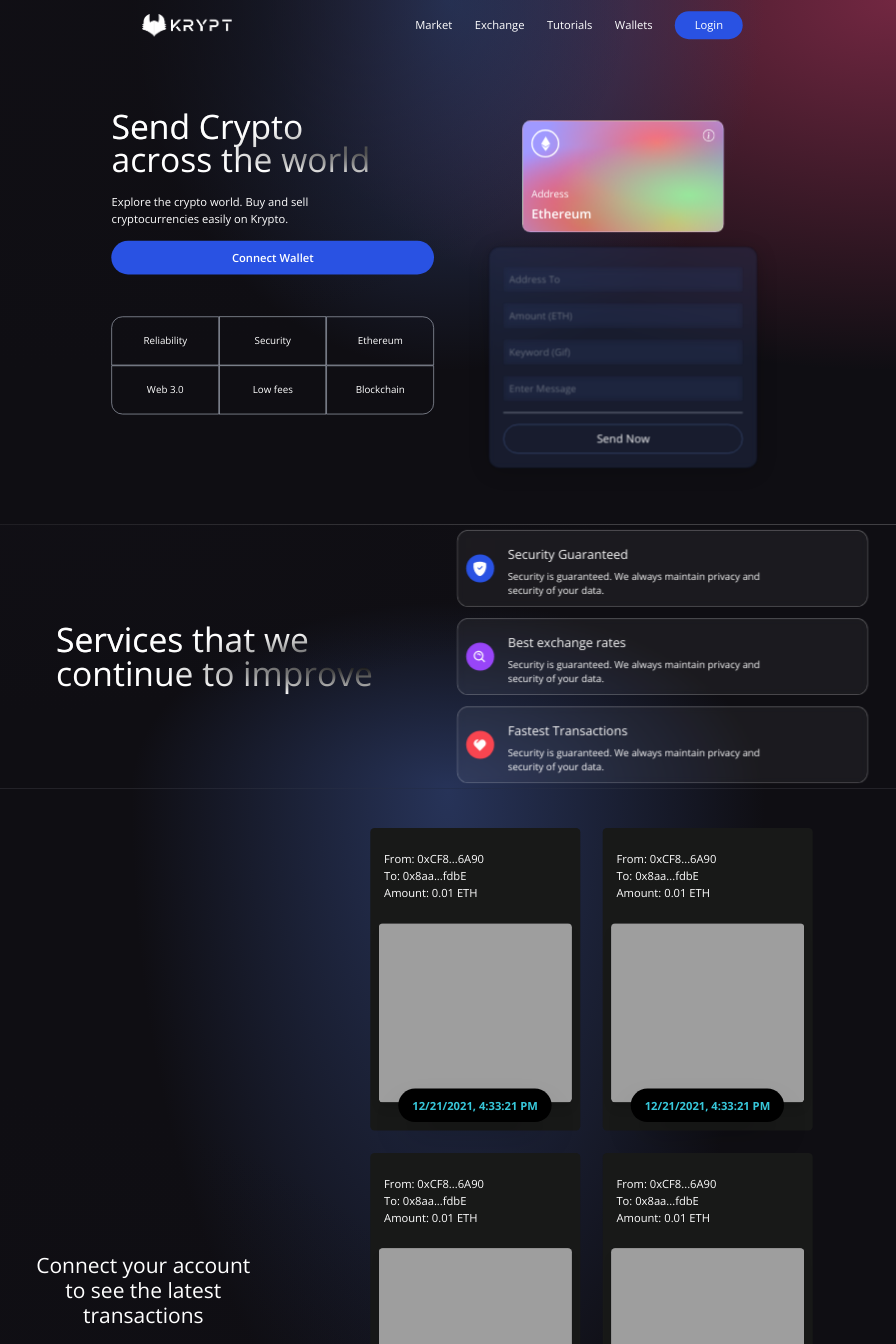
Repository: didierganthier/web3.0
Page: / (app in client/)
An editor plug-in stored every save of this project. The page is shown before and after the next save, followed by the edit.
The browser window is 1280 px wide. The pictures show the part of the page from y = 0 to 1920 px (the page is 2772 px tall before and 720 px after), at 70% of full size.
Pictures or frames that could not be fetched are drawn as grey boxes. The project was rebuilt for these pictures with package versions that can differ from the ones it lists, and the page was loaded fresh each time. Also part of the build but not shown: client/vite.config.js, client/src/components/Loader.jsx.

Above is the page before, as saved 2022-04-07 12:19:54.

After the next save:
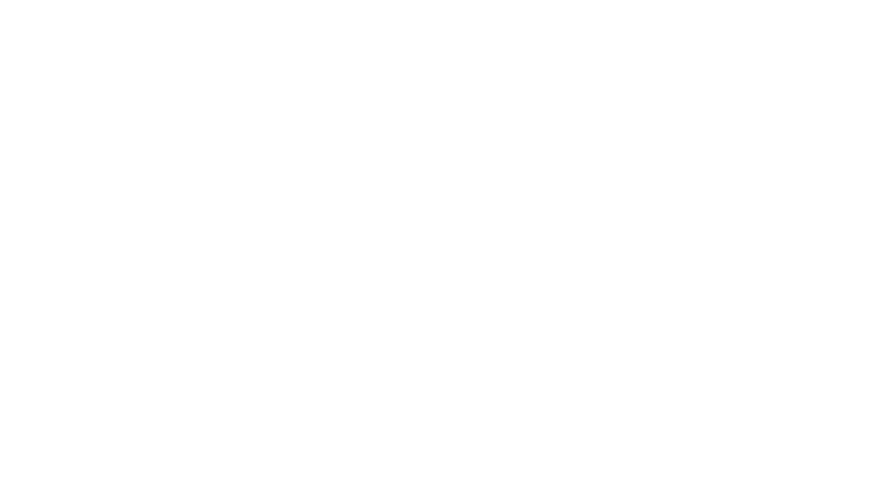
Console error: ReferenceError: checkIfTransactionExists is not defined
Saved 4 min 15 s later.
--- a/client/src/context/TransactionContext.jsx
+++ b/client/src/context/TransactionContext.jsx
@@ -73,22 +73,20 @@
         }
     }
 
-    const checkIfTransactionExists = async () => {
+    const checkIfTransactionsExists = async () => {
         try {
-            if (ethereum) {
-                const transactionContract = getEthereumContract();
-                const availableTransactions = await transactionContract.getAllTransactions();
+          if (ethereum) {
+            const transactionsContract = createEthereumContract();
+            const currentTransactionCount = await transactionsContract.getTransactionCount();
 
-                console.log(availableTransactions);
-            } else {
-                console.log('No ethereum found');
-            }
+            window.localStorage.setItem("transactionCount", currentTransactionCount);
+          }
         } catch (error) {
-            console.log(error);
+          console.log(error);
 
-            throw new Error('No Ethereum object found');
+          throw new Error("No ethereum object");
         }
-    }
+      };
 
     const connectWallet = async () => {
         try {

After the save that followed:
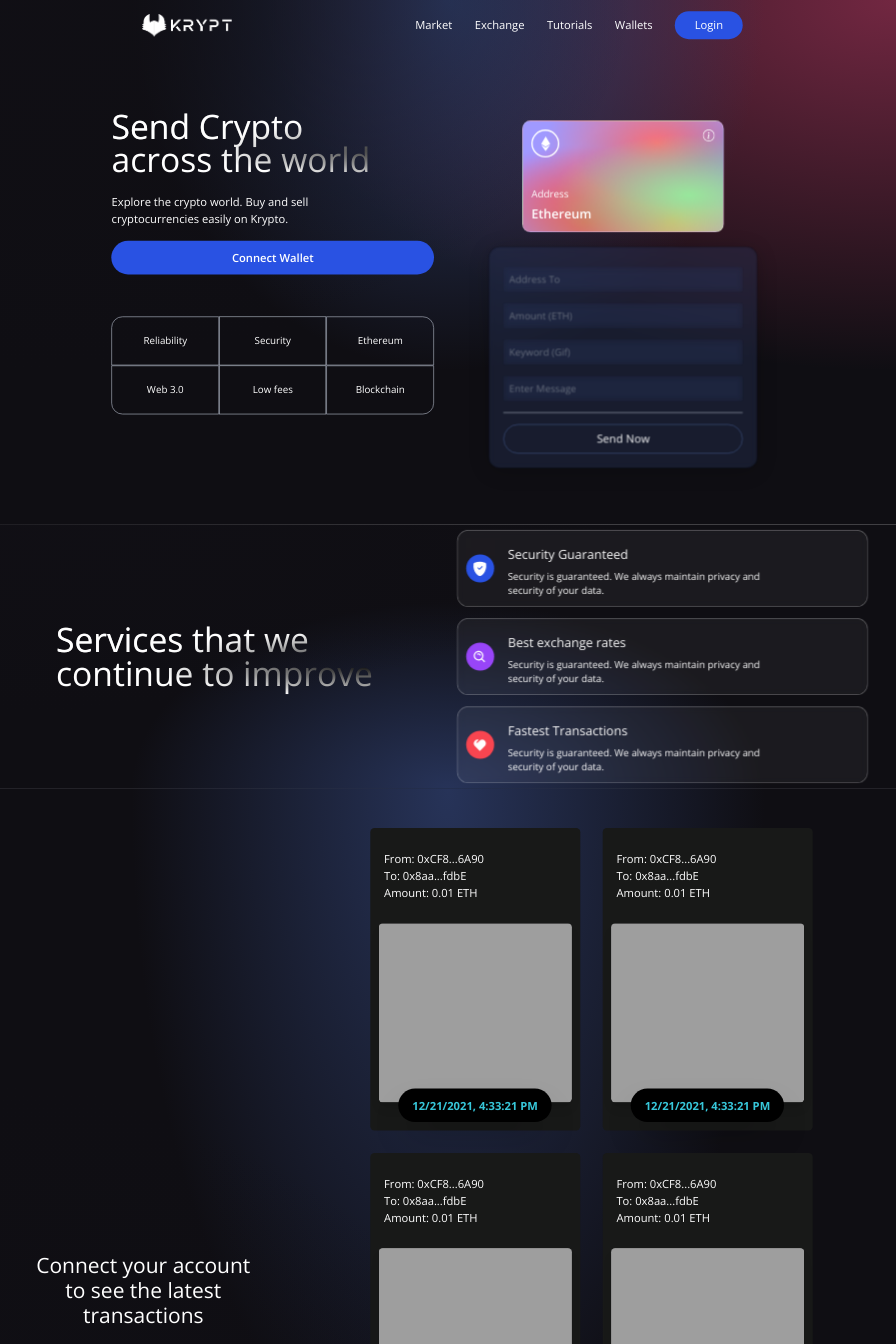
The error is gone.
Saved 30 s later.
--- a/client/src/context/TransactionContext.jsx
+++ b/client/src/context/TransactionContext.jsx
@@ -140,7 +140,7 @@
 
     useEffect(() => {
         checkIfWalletConnected();
-        checkIfTransactionExists();
+        checkIfTransactionsExists();
     }, []);
 
     return (
